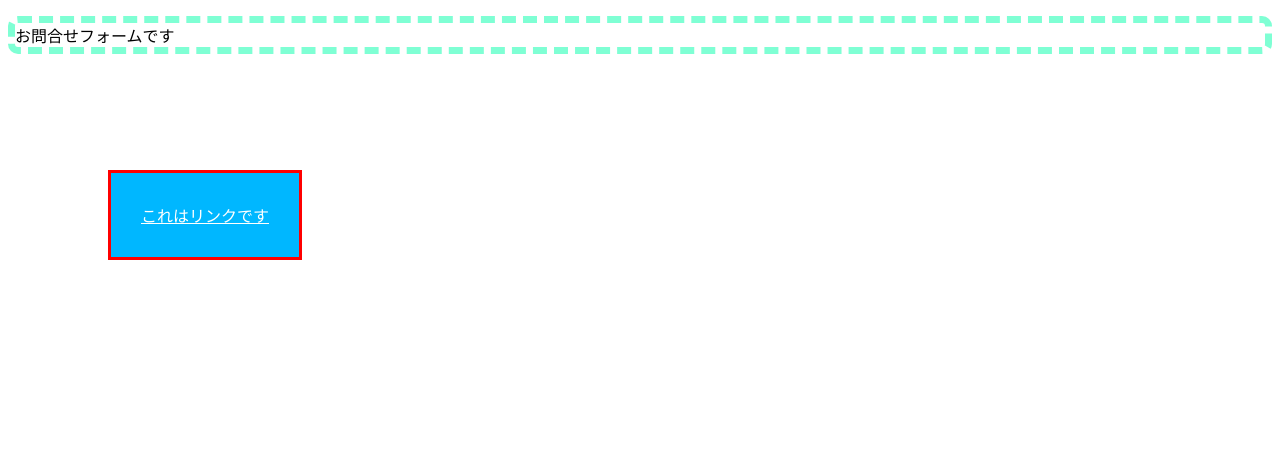
Repository: Jutta197/frontend726
Page: css_ex/box_model/index.html
An editor plug-in stored every save of this project. The page is shown before and after the next save, followed by the edit.
The browser window is 1280 px wide. The pictures show the whole page.

Above is the page before, as saved 2023-07-28 14:47:46.

After the next save:
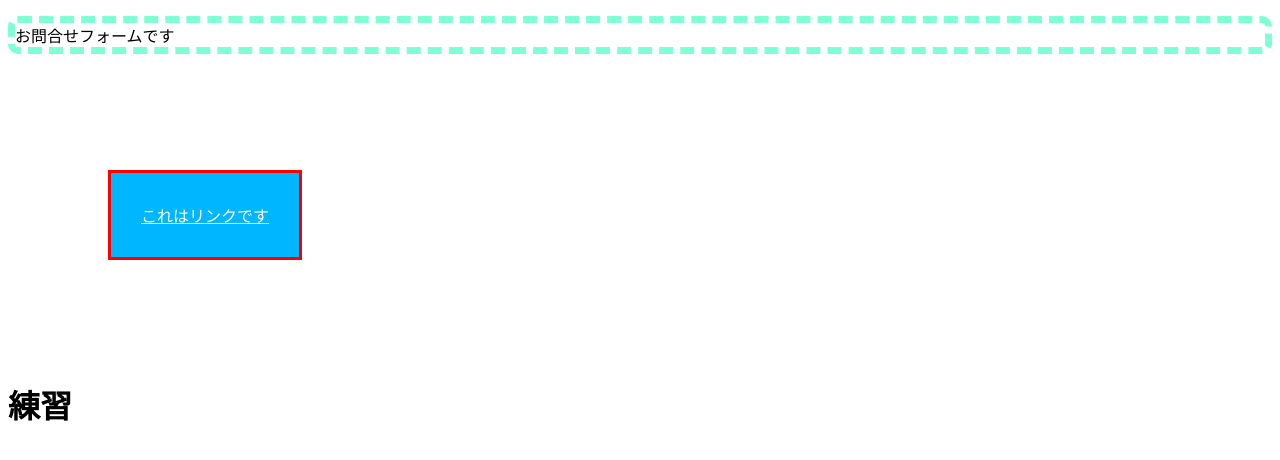
Saved 2 min 1 s later.
--- a/css_ex/box_model/index.html
+++ b/css_ex/box_model/index.html
@@ -11,6 +11,7 @@
 <body>
     <p>お問合せフォームです</p>
     <a href="">これはリンクです</a>
+    <h1>練習</h1>
 
 </body>
 
